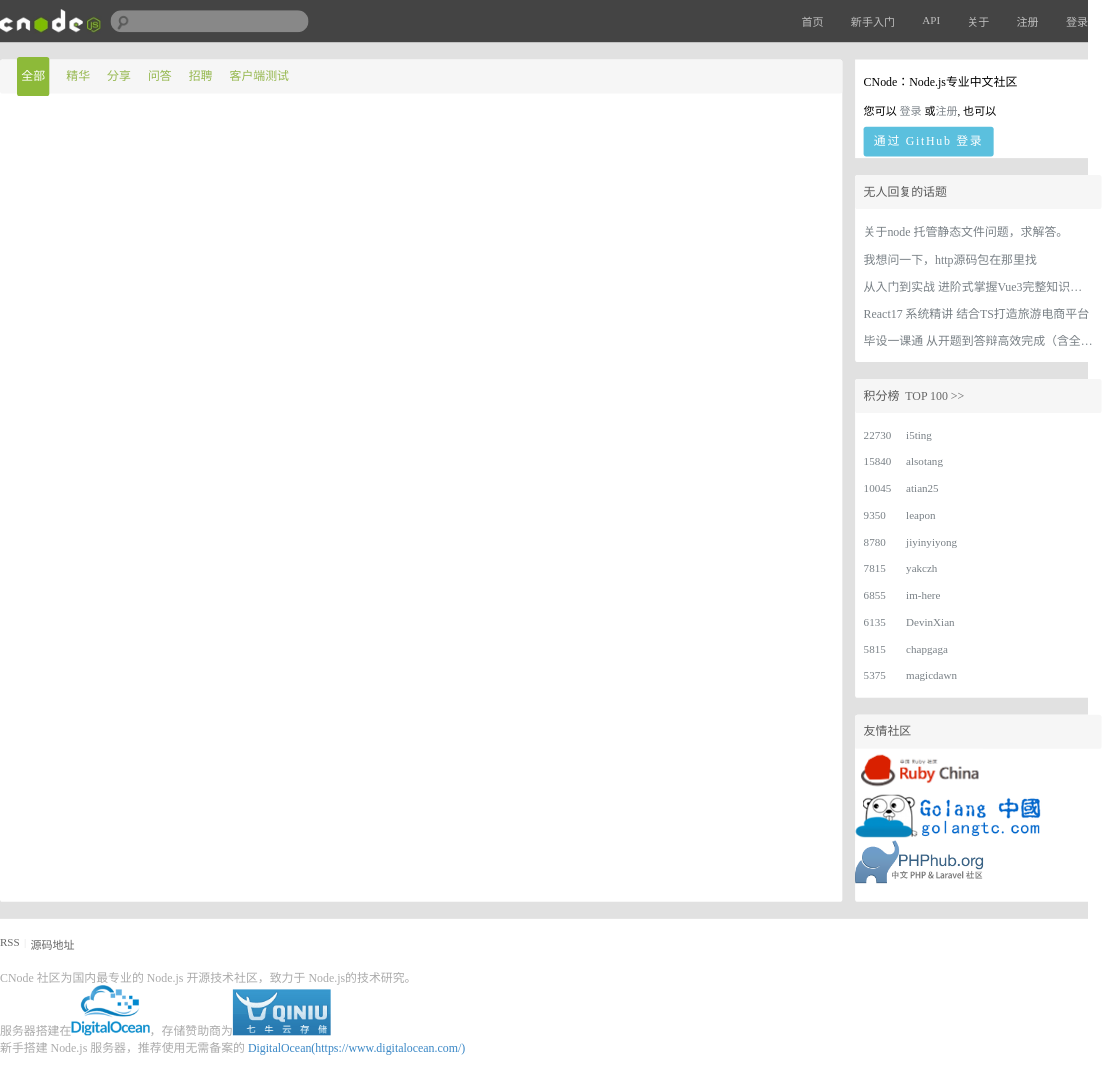
Repository: he-mengyao/pc-cnode-js
Page: /
An editor plug-in stored every save of this project. The page is shown before and after the next save, followed by the edit.
The browser window is 1280 px wide. The page is 1296 px wide, so the pictures cover 1296 px, including what lies to the right of the window. The pictures show the whole page, at 85% of full size.
The page's requests for data from a server got no answer. The project was rebuilt for these pictures with package versions that can differ from the ones it lists, and the page was loaded fresh each time. No one was signed in, and anything a server would have sent is missing.

Above is the page before, as saved 2021-06-20 13:34:42.

### src/App.vue
<template>
  <div id="app">
    <router-view />
  </div>
</template>
<style lang="scss">
@import "./styles/base";

body {
  font-size: 13px;
}
</style>

### src/styles/base.scss
* {
    padding: 0;
    margin: 0;
    box-sizing: border-box;
}

.flex {
    display: flex;
}

.flex_b {
    justify-content: space-between;
}

.flex_a {
    justify-content: space-around;
}

.flex_c {
    justify-content: center;
}

.flex_r {
    justify-content: flex-end;
}

.flex_1 {
    flex: 1;
}

.col {
    flex-direction: column;
}

.ai_c {
    align-items: center;
}

.ai_e {
    align-items: flex-end;
}

.ac_c {
    align-content: center;
}

.ac_b {
    align-content: space-between;
}

.ac_a {
    align-content: space-around;
}

.wrap {
    flex-wrap: wrap;
}

.tac {
    text-align: center;
}

.fw {
    font-weight: 700;
}

.pr {
    position: relative;
}

.pa {
    position: absolute;
}

.pf {
    position: fixed;
}

.f12 {
    font-size: 12px;
}

.f14 {
    font-size: 14px;
}

.lh {
    line-height: 100%;
}

.f16 {
    font-size: 16px;
}

.f18 {
    font-size: 18px;
}

.f20 {
    font-size: 20px;
}

.b0 {
    border: 0;
}

input {
    outline: none;
}

img,
input {
    border: 0;
}

.text_overflow {
    overflow: hidden;
    text-overflow: ellipsis;
    white-space: nowrap;
}

.none {
    display: none;
}

.br {
    border-radius: 100%;
}

.cw {
    color: #fff;
}

.f30 {
    font-size: 30px;
}

.cb {
    color: #000000;
}

.cursor {
    cursor: pointer;
}

.w {
    width: 1296px;
    margin: auto;
}

.line-blue:hover {
    text-decoration: underline;
    color: #21557c;
}

.blue:hover {
    color: #405f86;
}

.pd-10 {
    padding: 0 10px;
}

.bgc-hover {
    background-color: #8dba39;
    color: #fff;
    border-radius: 3px;
    padding: 3px 5px;
}

.share {
    background-color: #e5e5e5;
    color: #999999;
    border-radius: 3px;
    padding: 3px 5px;
}

.bradius-3 {
    border-radius: 3px;
}

.active {
    color: #888888;
}

.line:hover {
    text-decoration: underline;
}

.mr-20 {
    margin-top: 20px;
}

.f13 {
    font-size: 13px;
}

.title {
    font-size: 14px;
    height: 40px;
    line-height: 40px;
    background-color: #f6f6f6;
    padding: 0 10px;
    color: #585858;
    border-radius: 3px;
}

.items {
    color: #798086;
    padding: 10px;
}

### src/views/Home.vue
<template>
  <div>
    <shorcut></shorcut>
    <div class="mian">
      <div class="w flex flex_b">
        <fl :arr="arr"></fl>
        <fr></fr>
      </div>
    </div>
    <footerc></footerc>
  </div>
</template>

<script>
import shorcut from "../components/shorcut/Shortcut";
import footerc from "../components/Footerc/footerc";
import fl from "../components/Fl/fl";
import fr from "../components/Fr/fr";
import axios from "../js/axios";
import time from "../js/time";
export default {
  name: "",
  props: {},
  data() {
    return {
      arr: [],
    };
  },
  components: {
    shorcut,
    footerc,
    fl,
    fr,
  },
  methods: {
    getData() {
      axios
        .get("https://cnodejs.org/api/v1/topics")
        .then((res) => {
          this.arr = res.data.data;
          console.log(res.data.data);
        })
        .catch((err) => {
          console.log("请求失败");
        });
    },
  },
  mounted() {
    this.getData();
  },
  computed: {},
  watch: {},
};
</script>

<style lang='scss' scoped>
.mian {
  background-color: #e1e1e1;
  .w {
    padding: 20px 0;
  }
}
</style>

### src/components/shorcut/Shortcut.vue
<template>
  <div>
    <div class="shorcut">
      <div class="w flex flex_b ai_c">
        <div class="fl flex">
          <div class="flex ai_c">
            <img src="../../assets/images/logo.jpg" alt="" class="cursor" />
            <input type="text" />
          </div>
          <div></div>
        </div>
        <div class="fr flex">
          <div class="cursor">首页</div>
          <div class="cursor">新手入门</div>
          <div class="cursor">API</div>
          <div class="cursor">关于</div>
          <div class="cursor">注册</div>
          <div class="cursor">登录</div>
        </div>
      </div>
    </div>
  </div>
</template>

<script>
export default {
  name: "",
  props: {},
  data() {
    return {};
  },
  components: {},
  methods: {},
  mounted() {},
  computed: {},
  watch: {},
};
</script>

<style lang='scss' scoped>
.shorcut {
  height: 50px;
  background-color: #444444;
  .w {
    width: 1296px;
    margin: 0 auto;
    height: 50px;
    .fl {
      img {
        width: 120px;
        height: 28px;
      }
      input {
        width: 233px;
        height: 26px;
        margin-left: 10px;
        padding-left: 25px;
        border-radius: 13px;
        background-color: #888888;
        background-image: url(../../assets/images/btn.png);
        background-position: 5px 5px;
        background-repeat: no-repeat;
        &:hover {
          background-color: #fff;
        }
      }
    }
    .fr {
      color: #bfbfbf;
      div {
        margin: 0 16px;
        &:hover {
          color: #fff;
        }
      }
    }
  }
}
</style>

### src/components/Footerc/footerc.vue
<template>
  <div>
    <div class="footer w">
      <div class="links cursor blue flex">
        <div>RSS</div>
        <span>|</span>
        <div>源码地址</div>
      </div>
      <div class="serve flex col flex_c">
        <div>
          CNode 社区为国内最专业的 Node.js 开源技术社区，致力于
          Node.js的技术研究。
        </div>
        <div>
          服务器搭建在<img
            src="../../assets/images/digitalocean.png"
            alt=""
            class="di cursor"
            title="digitalocean"
          />，存储赞助商为<img
            src="../../assets/images/qiniu.png"
            alt=""
            class="qiniu cursor"
            title="七牛云存储"
          />
        </div>
        <div>
          新手搭建 Node.js 服务器，推荐使用无需备案的
          <span class="cursor line-blue a"
            >DigitalOcean(https://www.digitalocean.com/)</span
          >
        </div>
      </div>
    </div>
  </div>
</template>

<script>
export default {
  name: "",
  props: {},
  data() {
    return {};
  },
  components: {},
  methods: {},
  mounted() {},
  computed: {},
  watch: {},
};
</script>

<style lang='scss' scoped>
.footer {
  height: 195px;
  padding: 20px 0;
  .links {
    color: #666666;
    div:hover {
      color: #405f86;
    }
    span {
      margin: 0 5px;
      color: #e2e2e2;
    }
  }
  .serve {
    height: 140px;
    font-size: 14px;
    color: #ababab;
    .di {
      width: 92px;
      height: 59px;
    }
    .qiniu {
      width: 115px;
      height: 54px;
    }
    span {
      color: #3987c6;
      &:hover {
        text-decoration: underline;
        color: #21557c;
      }
    }
  }
}
</style>

### src/components/Fl/fl.vue
<template>
  <div class="fl bradius-3">
    <div class="title flex pd-10 ai_c bradius-3">
      <div class="bgc-hover">全部</div>
      <div class="cursor blue">精华</div>
      <div class="cursor blue">分享</div>
      <div class="cursor blue">问答</div>
      <div class="cursor blue">招聘</div>
      <div class="cursor blue">客户端测试</div>
    </div>
    <div class="bd">
      <div
        v-for="(item, index) in arr"
        :key="index"
        class="flex flex_b bd-items ai_c pd-10"
      >
        <div class="flex ai_c">
          <div class="author cursor">
            <img
              :src="item.author.avatar_url"
              alt=""
              :title="item.author.loginname"
            />
          </div>
          <div class="count flex ai_c flex_c">
            <div class="reply-count" title="回复数">
              {{ item.reply_count }}
            </div>
            <span>/</span>
            <div class="visit-count" title="点击数">
              {{ item.visit_count }}
            </div>
          </div>
          <div>
            <div v-if="item.top === true" class="bgc-hover">置顶</div>
            <div v-else-if="item.tab === 'share'" class="share">分享</div>
            <div v-else class="share">问答</div>
          </div>
          <div
            class="bd-title f16 cursor line"
            @click="click(item, index)"
            :class="{ active: index === num }"
            :title="item.title"
          >
            {{ item.title }}
          </div>
        </div>
        <div class="flex timecount f12">{{ countTime(item.create_at) }}</div>
      </div>
    </div>
  </div>
</template>

<script>
export default {
  name: "",
  props: {
    arr: Array,
  },
  data() {
    return {
      num: -1,
    };
  },
  components: {},
  methods: {
    click(item, index) {
      this.num = index;
    },
    countTime(a) {
      let nowTime = new Date();
      let nowTimes = nowTime.getTime();
      let lastTimes = new Date(a).getTime();
      let time = nowTimes - lastTimes;
      let seconds = time / 1000;
      let minutes = time / 1000 / 60;
      let hours = time / 1000 / 60 / 60;
      let days = time / 1000 / 60 / 60 / 24;
      let months = time / 1000 / 60 / 60 / 24 / 30;
      let years = time / 1000 / 60 / 60 / 24 / 30 / 12;
      let result = "";
      if (years >= 1) {
        result = `${Math.floor(years)}年前`;
      } else if (months >= 1) {
        result = `${Math.floor(months)}月前`;
      } else if (days >= 1) {
        result = `${Math.floor(days)}天前`;
      } else if (hours >= 1) {
        result = `${Math.floor(hours)}小时前`;
      } else if (minutes >= 1) {
        result = `${Math.floor(minutes)}分钟前`;
      } else {
        result = `刚刚`;
      }
      return result;
    },
  },
  mounted() {},
  computed: {},
  watch: {},
};
</script>

<style lang='scss' scoped>
.fl {
  width: 991px;
  background-color: #fff;
  .title {
    height: 40px;
    background-color: #f6f6f6;
    color: #96b84f;
    div {
      margin: 0 10px;
    }
  }
  .bd {
    background-color: #fff;
    .bd-items {
      height: 50px;
      .author img {
        height: 30px;
        width: 30px;
      }
      .count {
        width: 70px;
        .reply-count {
          color: #9e78c0;
          font-size: 14px;
        }
        span {
          font-size: 12px;
        }
        .visit-count {
          font-size: 12px;
          color: #b4b4b4;
        }
      }
      .bd-title {
        color: #333;
        margin-left: 5px;
      }
    }
    .timecount {
      color: #778087;
    }
  }
}
</style>

### src/components/Fr/fr.vue
<template>
  <div class="fr">
    <div class="inner pd-10">
      <div class="f14 p1 flex ai_c">CNode：Node.js专业中文社区</div>
      <div class="f13 p2">
        您可以
        <span class="line">登录</span>
        或<span class="line">注册</span>, 也可以
      </div>
      <div class="f14 login bradius-3">通过 GitHub 登录</div>
    </div>
    <div class="panel mr-20 bradius-3">
      <div class="title">无人回复的话题</div>
      <div class="flex item col flex_a pd-10 f14 items">
        <div class="text_overflow">关于node 托管静态文件问题，求解答。</div>
        <div class="text_overflow">我想问一下，http源码包在那里找</div>
        <div class="text_overflow">从入门到实战 进阶式掌握Vue3完整知识体系</div>
        <div class="text_overflow">React17 系统精讲 结合TS打造旅游电商平台</div>
        <div class="text_overflow">
          毕设一课通 从开题到答辩高效完成（含全栈项目）
        </div>
      </div>
    </div>
    <div class="panel mr-20 bradius-3">
      <div class="title">
        积分榜&nbsp;
        <span class="top">TOP 100 >></span>
      </div>
      <div class="flex col flex_a pd-10 rank f13 items">
        <div><span>22730</span>i5ting</div>
        <div><span>15840</span>alsotang</div>
        <div><span>10045</span>atian25</div>
        <div><span>9350 </span>leapon</div>
        <div><span>8780 </span>jiyinyiyong</div>
        <div><span>7815 </span>yakczh</div>
        <div><span>6855 </span>im-here</div>
        <div><span>6135 </span>DevinXian</div>
        <div><span>5815 </span>chapgaga</div>
        <div><span>5375 </span>magicdawn</div>
      </div>
    </div>
    <div class="panel mr-20 bradius-3">
      <div class="title">友情社区</div>
      <div class="links">
        <div>
          <img src="../../assets/images/ruby-china-20150529.png" alt="" />
        </div>
        <div><img src="../../assets/images/golangtc-logo.png" alt="" /></div>
        <div>
          <img src="../../assets/images/phphub-logo.png" alt="" />
        </div>
      </div>
    </div>
  </div>
</template>

<script>
export default {
  name: "",
  props: {},
  data() {
    return {};
  },
  components: {},
  methods: {},
  mounted() {},
  computed: {},
  watch: {},
};
</script>

<style lang='scss' scoped>
.fr {
  width: 290px;
  .inner {
    height: 116px;
    background-color: #fff;
    .p1 {
      height: 50px;
    }
    span {
      color: #7e858b;
    }
    .login {
      width: 153px;
      height: 35px;
      line-height: 35px;
      text-align: center;
      background-color: #5bc0de;
      color: #fff;
      margin-top: 10px;
      letter-spacing: 2px;
    }
  }
  .panel {
    background-color: #fff;
    .item {
      height: 180px;
    }
    .top {
      color: #666666;
    }
    .rank {
      height: 335px;
      span {
        display: inline-block;
        width: 50px;
      }
    }
    .links {
      height: 180px;
      img {
        height: 50px;
      }
    }
  }
}
</style>

### src/js/time.js
function countTime(a) {
    let nowTime = new Date()
    let nowTimes = nowTime.getTime()
    let lastTimes = new Date(a).getTime()
    let time = nowTimes - lastTimes
    let seconds = time / 1000
    let minutes = time / 1000 / 60
    let hours = time / 1000 / 60 / 60
    let days = time / 1000 / 60 / 60 / 24
    let months = time / 1000 / 60 / 60 / 24 / 30
    let years = time / 1000 / 60 / 60 / 24 / 30 / 12
    let result = ''
    if (years >= 1) {
        result = `${Math.floor(years)}年前`
    } else if (months >= 1) {
        result = `${Math.floor(months)}月前`
    } else if (days >= 1) {
        result = `${Math.floor(days)}天前`
    } else if (hours >= 1) {
        result = `${Math.floor(hours)}小时前`
    } else if (minutes >= 1) {
        result = `${Math.floor(minutes)}分钟前`
    } else {
        result = `刚刚`
    }
    return result
}

Loaded but not shown: public/index.html (common file); src/main.js (common file); src/router/index.js (common file); src/store/index.js (common file); src/js/axios.js (1756 lines, source omitted)

After the next save:
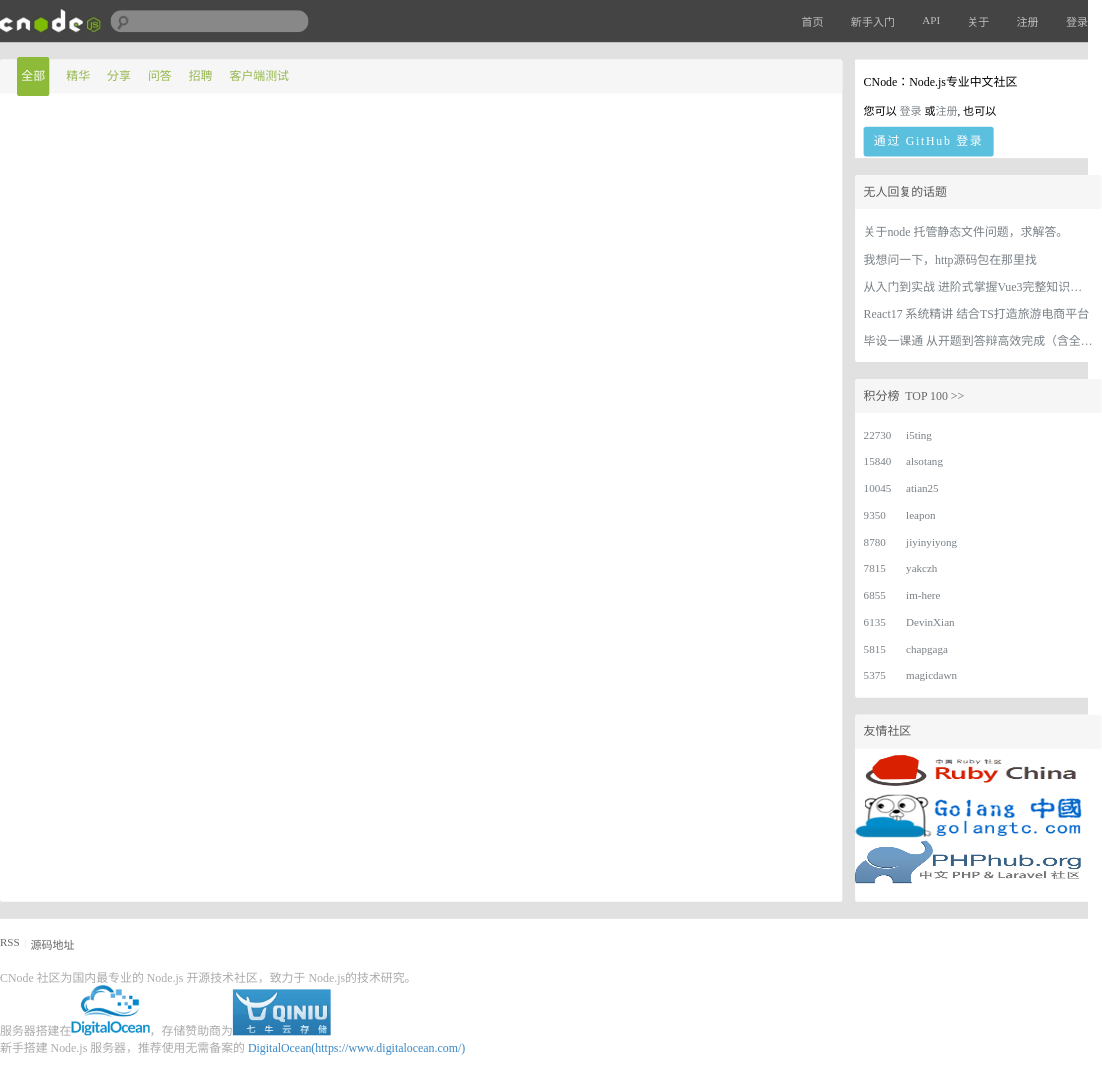
Saved 21 s later.
--- a/src/components/Fr/fr.vue
+++ b/src/components/Fr/fr.vue
@@ -111,6 +111,7 @@
       height: 180px;
       img {
         height: 50px;
+        width: 270px;
       }
     }
   }

After the save that followed:
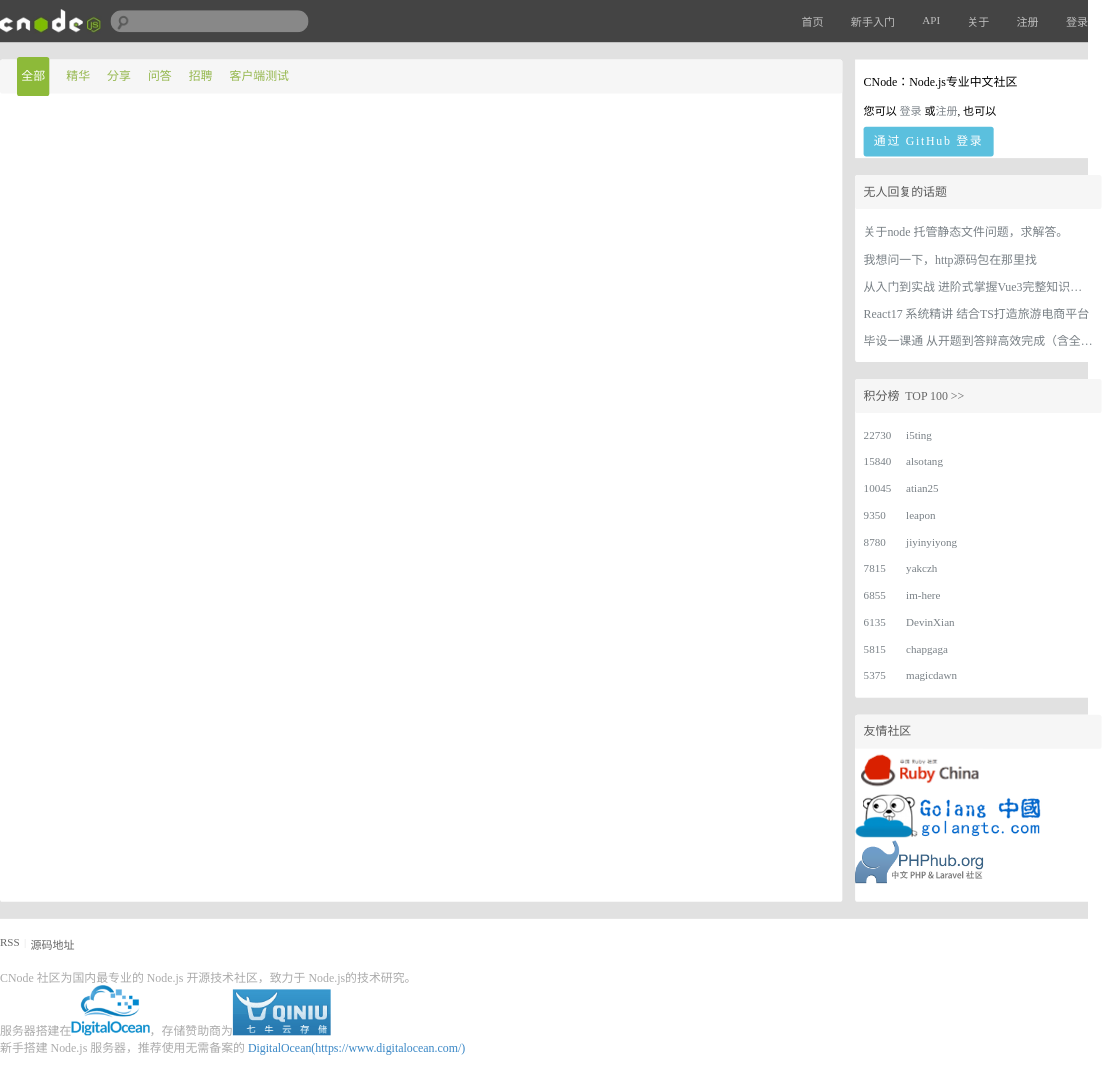
Saved 6 s later.
--- a/src/components/Fr/fr.vue
+++ b/src/components/Fr/fr.vue
@@ -111,7 +111,6 @@
       height: 180px;
       img {
         height: 50px;
-        width: 270px;
       }
     }
   }
